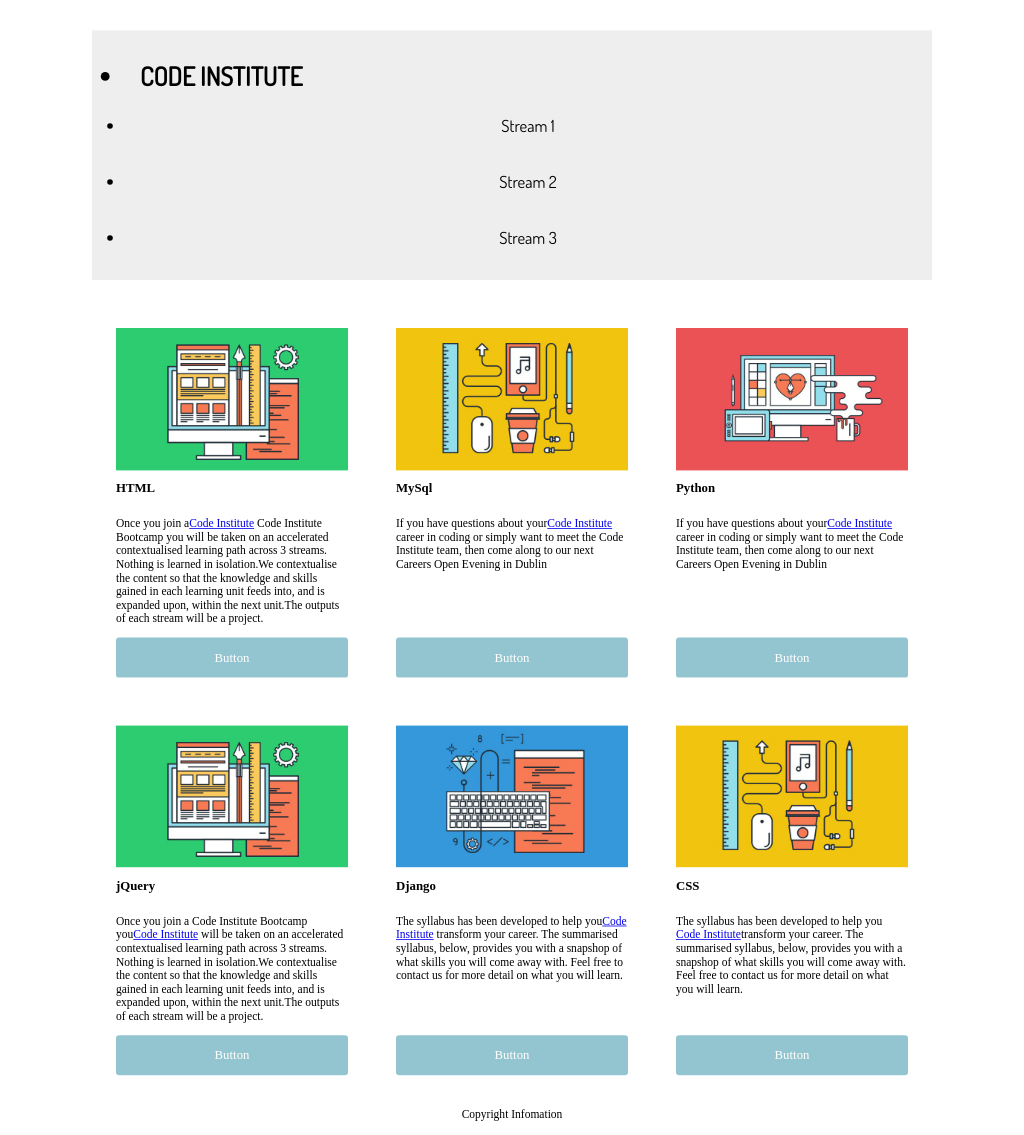
Repository: SOliv1/jquery-downloading-selectors
Page: index.html
The author's editor kept a record of every edit. The page is drawn from the files as they stood at one moment, then again after the next edit.
The browser window is 1280 px wide. The pictures show the whole page, at 80% of full size.
Some web libraries are served in a nearby version.

Above is the page before.

### index.html
<!DOCTYPE html>

<html lang="en">

<head>

	<meta charset="UTF-8">

	<meta name="viewport" content="width=device-width, initial-scale=1">

	<title>jQuery</title>

	<link href="style.css" rel="stylesheet">

	<link href='https://fonts.googleapis.com/css?family=Roboto' rel='stylesheet' type='text/css'>

	<link href='https://fonts.googleapis.com/css?family=Dosis' rel='stylesheet' type='text/css'>

</head>

<body>

	<div id="container">

		<nav>

			<ul>

				<li id="logoNav">CODE INSTITUTE</li>

				<li id="stream1" class="stream-nav">Stream 1</li>

				<li id="stream2" class="stream-nav">Stream 2</li>

				<li id="stream3" class="stream-nav">Stream 3</li>

			</ul>

		</nav>

		<div class="card stream1-card">

			<img class="card_image" src="img/3.png" alt="coding icon">

			<div class="card_bottom">

				<h2 class="card_head">HTML</h2>

				<p class="card_para">Once you join a<a href="#">Code Institute</a> Code Institute Bootcamp you will be taken on an accelerated contextualised learning path across 3 streams. Nothing is learned in isolation.We contextualise the content so that the knowledge and skills gained in each learning unit feeds into, and is expanded upon, within the next unit.The outputs of each stream will be a project. </p>

				<a href="" class="bottom_button">Button</a>

			</div>

		</div>

	<div class="card stream3-card">
			<img class="card_image" src="img/1.png" alt="coding icon">

			<h2 class="card_head">MySql</h2>

			<p class="card_para">If you have questions about your<a href="#">Code Institute</a> career in coding or simply want to meet the Code Institute team, then come along to our next Careers Open Evening in Dublin</p>

			<a href="" class="bottom_button">Button</a>

		</div>



		<div class="card stream2-card">

			<img class="card_image" src="img/2.png" alt="coding icon">

			<h2 class="card_head">Python</h2>

			<p class="card_para">If you have questions about your<a href="#">Code Institute</a> career in coding or simply want to meet the Code Institute team, then come along to our next Careers Open Evening in Dublin</p>

			<a href="" class="bottom_button">Button</a>

		</div>

		<div class="card stream1-card">

			<img class="card_image" src="img/3.png" alt="coding icon">

			<div class="card_bottom">

				<h2 class="card_head">jQuery</h2>

				<p class="card_para">Once you join a Code Institute Bootcamp you<a href="#">Code Institute</a> will be taken on an accelerated contextualised learning path across 3 streams. Nothing is learned in isolation.We contextualise the content so that the knowledge and skills gained in each learning unit feeds into, and is expanded upon, within the next unit.The outputs of each stream will be a project. </p>

				<a href="" class="bottom_button">Button</a>

			</div>

		</div>

		<div class="card stream3-card">

			<img class="card_image" src="img/4.png" alt="coding icon">

			<h2 class="card_head">Django</h2>

			<p class="card_para">The syllabus has been developed to help you<a href="#">Code Institute</a> transform your career. The summarised syllabus, below, provides you with a snapshop of what skills you will come away with. Feel free to contact us for more detail on what you will learn.</p>

			<a href="" class="bottom_button">Button</a>

		</div>

	<div class="card stream1-card">

			<img class="card_image" src="img/1.png" alt="coding icon">

			<h2 class="card_head">CSS</h2>

			<p class="card_para">The syllabus has been developed to help you <a href="#">Code Institute</a>transform your career. The summarised syllabus, below, provides you with a snapshop of what skills you will come away with. Feel free to contact us for more detail on what you will learn.</p>

			<a href="" class="bottom_button">Button</a>

		</div>

		<div id="my_footer">

			<p id="copyright">Copyright Infomation</p>

		</div>

	</div>

	<script src="https://code.jquery.com/jquery-3.2.1.js" integrity="sha256-DZAnKJ/6XZ9si04Hgrsxu/8s717jcIzLy3oi35EouyE=" crossorigin="anonymous"></script>

	<script src="script.js"></script> <!-- Scripts located at the bottom of the body to insure page is fully loaded before execution -->

</body>

</html>

### style.css

Skip to content



Pull requests
Issues
Marketplace
Explore






Code Issues 0 Pull requests 0 Projects 0 Wiki Security Pulse Community
Branch: master
FromJavaScriptTojQuery/03-jQueryEvents/10-the_importance_of_this/challenge_solution/css/style.css
Find file
Copy path
 aaronsnig501 Add missing challenge solutions
93b3460 on 11 Jan
1 contributor
149 lines (126 sloc) 1.81 KB
Raw
Blame
History


body{

	font-family: 'Roboto', sans-serif;

 	background-color: #eee;

}



h1{

	font-size: 3em;

	text-align: center;

}

h2{

	font-size: 1em;

	text-align: left;

}

p{

	font-size: .9rem;

}



div{

	border-radius: 4px;

}



.card_image{

	width: 100%;

}



.bottom_button{

	display: flex;

	box-sizing: border-box;

	border-radius: 4px;

	display: block;

	width: 100%;

	background-color: rgba(129, 187, 201,.85);

	text-align: center;

	padding: 1em .75em;

	text-decoration: none;

	color: #fff;

}



.card_bottom{

	display: flex;

	flex-flow: column;

}



.card_head{

	flex: 0;

}



.card_para{

	flex: 1 0 auto;

}



#container{

	display: flex;

	flex-flow: row wrap;

	box-sizing: border-box;

	margin-right: auto;

	margin-left: auto;

	max-width: 1050px;

}



#logo{

	width: 800px;

	margin: auto;

}



.card{

	flex: 1;

	display: flex;

	flex-flow: column;

	min-width: 240px;

	margin: 10px;

	padding: 20px;

	background-color: #fff;

}



#my_footer{

	width: 100%;

	text-align: center;

}

#copyright{

	margin-top: 10px;

	margin-bottom: 10px;



}



/*************************

Navigation

**************************/



nav{

	font-family: roboto;

	background-color: #eee;

	margin: 30px auto;

	width: 100%;

}


==
ul{

	display: flex;

	justify-content: space-between;

	flex-flow: row;

	align-items: baseline;

	border-radius: 10px;

	list-style-type: none; /*Remove Bullets*/

	padding: 0;

}



li{

	flex: 1;

	height: 30px;

	font-family: Dosis;

	padding: 20px 20px 20px 20px;

	text-align: center;

	font-size: 1.3em;

}



#logoNav{

	flex: 6;

	text-align: left;

	font-size: 2em;

	font-weight: bold;

}



.underline{

	text-decoration: underline;

}



.border{

	border: solid 5px #ccc;

}



.stream-nav{

	cursor: pointer;

}



.card-highlight{

	background-color: rgb(235, 82, 85);

}



/*for desktop navigation*/

@media screen and (max-width: 700px){

	ul{

		flex-flow: column;

		align-items:center;

	}

	li{

		font-size: 2em;

	}

}

© 2019 GitHub, Inc.
Terms
Privacy
Security
Status
Help
Contact GitHub
Pricing
API
Training
Blog
About

### script.js

//wait until page is ready

$(document).ready(function() {

	//sets <a> element within paragraph  to yellow

	$("p").click(function(){

		$(this).children("a").css("background-color", "yellow"); /* returns all the <a> child elements that are

		within this paragraph*/

	});



	// Toggle the visibility of the paragraph when a button is clicked

	$("button").click(function(){

		$(this).prev().slideToggle('slow');

	});

});

After the next edit:
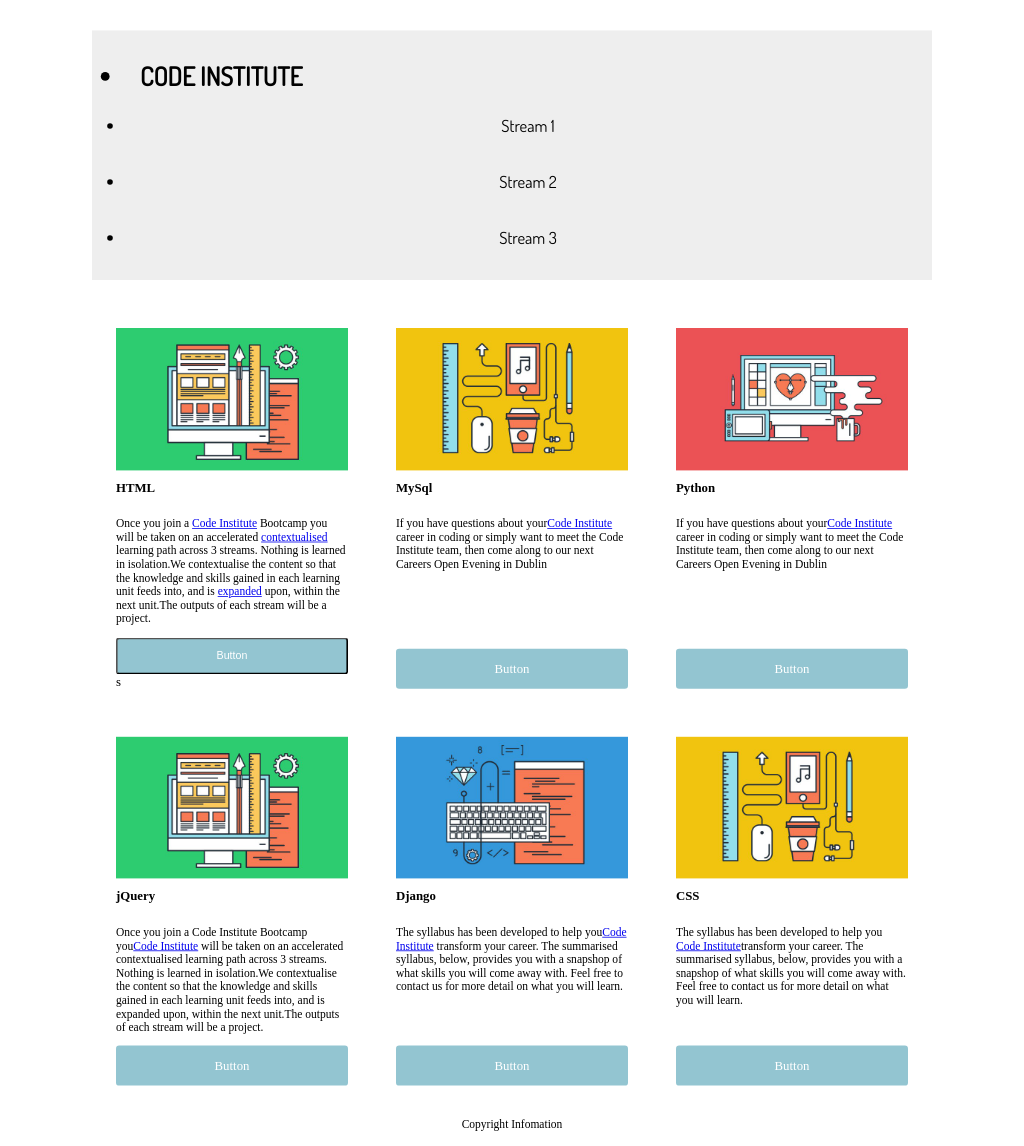
The edit:
--- a/index.html
+++ b/index.html
@@ -38,19 +38,19 @@
 
 		</nav>
 
-		<div class="card stream1-card">
+		<div class="card stream1">
 
-			<img class="card_image" src="img/3.png" alt="coding icon">
+			<img class="card_image" src="images/3.png" alt="code icon">
 
 			<div class="card_bottom">
 
 				<h2 class="card_head">HTML</h2>
 
-				<p class="card_para">Once you join a<a href="#">Code Institute</a> Code Institute Bootcamp you will be taken on an accelerated contextualised learning path across 3 streams. Nothing is learned in isolation.We contextualise the content so that the knowledge and skills gained in each learning unit feeds into, and is expanded upon, within the next unit.The outputs of each stream will be a project. </p>
+				<p class="card_para">Once you join a <a href="#">Code Institute</a> Bootcamp you will be taken on an accelerated <a href="#">contextualised</a>	 learning path across 3 streams. Nothing is learned in isolation.We contextualise the content so that the knowledge and skills gained in each learning unit feeds into, and is <a href="#">expanded</a> upon, within the next unit.The outputs of each stream will be a project. </p>
 
-				<a href="" class="bottom_button">Button</a>
+				<button class="bottom_button">Button</button>
 
-			</div>
+			</div>s
 
 		</div>
 
